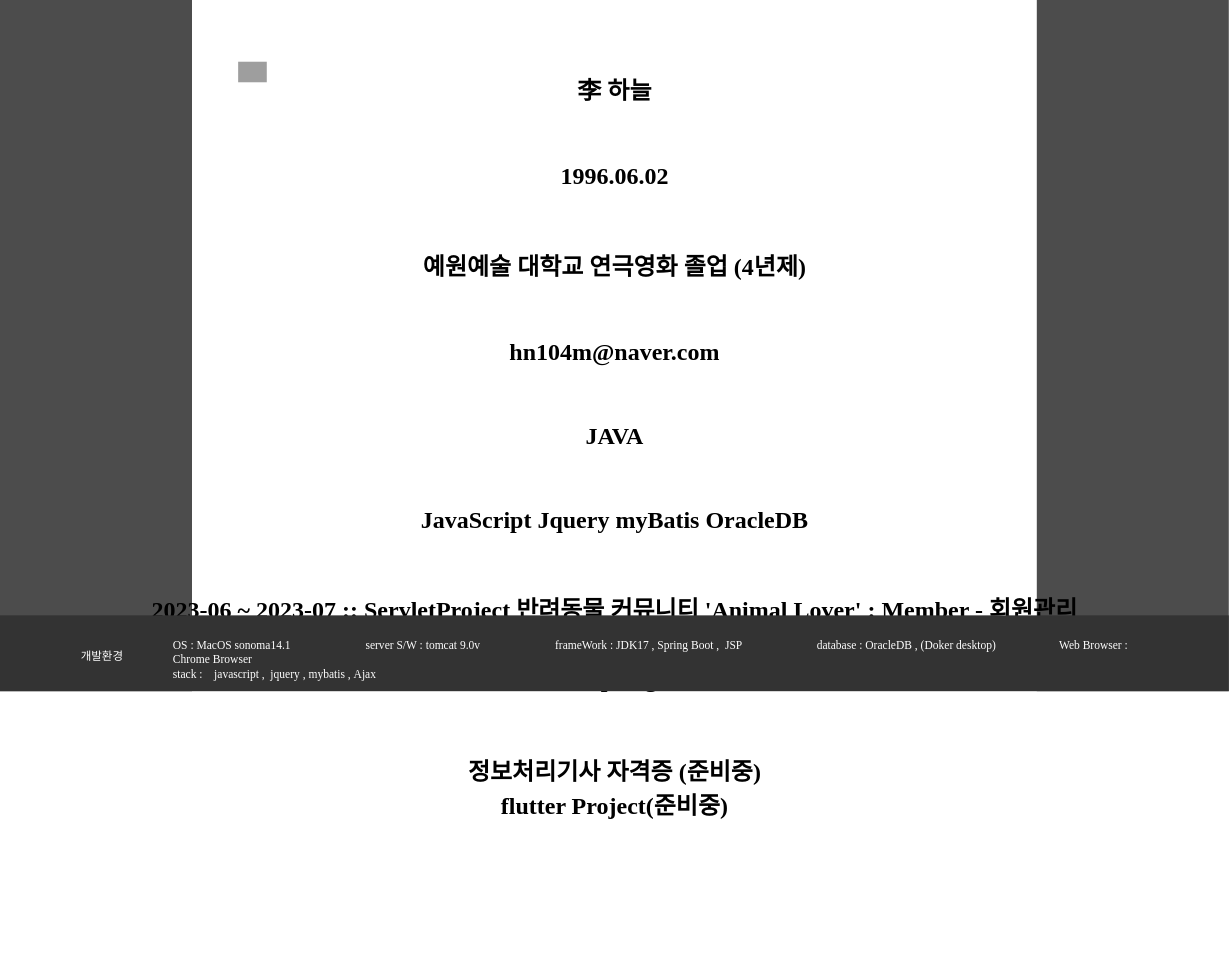
Repository: LeeHaNeul96/Leehaneul
Page: http://localhost/com.introduce/WEB-INF/views/more.jsp
The author's editor kept a copy of each file at every save. The page is drawn from the files as they stood at one save, then again after the next save.
The browser window is 1280 px wide. The pictures show the whole page, at 96% of full size.
Pictures or frames that could not be fetched are drawn as grey boxes. The page is served by Tomcat 9. Nobody is signed in. Other server files are loaded and not shown. The template is opened directly, without the code that normally fills it, so the values that code supplies are empty.

Above is the page before, as saved 2023-10-31 09:31:50.

### com.introduce/src/main/webapp/WEB-INF/views/more.jsp
<%@ page language="java" contentType="text/html; charset=UTF-8"
    pageEncoding="UTF-8"%>
<!DOCTYPE html>
<html>
<head>
<meta charset="UTF-8">
<title>Insert title here</title>
<script src="https://code.jquery.com/jquery-3.6.0.min.js"></script>

<style type="text/css">
.footer {
	text-align: center;
	padding: 2em 0;
	background-color: #333;
	color: #fff;
	position: fixed;
	bottom: 0;
	left: 0; /* 왼쪽 위치를 0으로 설정합니다. */
	height: 15px;
	width: 100%;
	margin: 0; /* 마진을 0으로 설정합니다. */
}

.footer-dev {
	font-size: 12px;
	text-align: left;
	padding-left: 7em;
}

.footer-content {
	position: absolute; /* 절대 위치 설정 */
	top: 1em; /* 위쪽으로 1em 이동 */
	padding: 1em 8em; /* 양 옆 여백을 설정합니다. */
	height: 200px;
}

.container{
margin-top: 3em;
margin-bottom: 10em;

text-align: center;


}
.left-margin {
 background-color: rgba(0, 0, 0, 0.7); /* 알파 값을 조절하여 투명도 설정 */

    height: 100%;
    width: 200px; /* 원하는 너비로 조절하세요. */
    position: fixed;
    top: 0;
    left: 0;
    z-index: -1;
}

/* 오른쪽 여백 스타일 */
.right-margin {
 background-color: rgba(0, 0, 0, 0.7); /* 알파 값을 조절하여 투명도 설정 */
    height: 100%;
    width: 200px; /* 원하는 너비로 조절하세요. */
    position: fixed;
    top: 0;
    right: 0;
    z-index: -1;
}

h2 {
    font-size: 36px; /* 예를 들어, 원하는 크기로 설정 */
    transition: font-size 1s; /* 글씨 크기 변경에 애니메이션 적용 (선택사항) */
}
</style>
</head>
<body>
<script>
$(function() {
    // 모든 h2 태그를 선택하여 배열로 저장합니다.
    var $h2Elements = $("h2");

    // 초기에 모든 h2 태그의 크기를 설정합니다.
    $h2Elements.css("font-size", "36px");

    // 1초(1000 밀리초)마다 h2 태그 배열을 순회하면서 글꼴 크기를 작게 설정합니다.
    var index = 0;
    var interval = setInterval(function() {
        if (index < $h2Elements.length) {
            $h2Elements.eq(index).css("font-size", "25px");
            index++;
        } else {
            clearInterval(interval); // 모든 h2 태그를 처리하면 setInterval을 멈춥니다.
        }
    }, 20); // 1초마다 실행
});
</script>


<div class="left-margin"></div>
<div class="right-margin"></div>

<a href="/main/view"><img style="width:30px; text-align:left; margin-left:15em; margin-top: 3em; margin-bottom: -4em;" alt="" src="/images/free-icon-go-back-left-arrow-61022.png"></a>
<div class="container">
<h2>李 하늘</h2><br>
<h2>1996.06.02</h2><br>
<h2>예원예술 대학교 연극영화 졸업 (4년제)</h2><br>
<h2>hn104m@naver.com</h2><br>
<h2>JAVA</h2><br>
<h2>JavaScript  Jquery  myBatis  OracleDB</h2><br>
<h2>2023-06 ~ 2023-07 :: ServletProject 반려동물 커뮤니티 'Animal Lover' : Member - 회원관리<br>
2023-08 ~ 2023-09 :: SpringProject 종합 신발 쇼핑몰 'Shoepin' : WishList,Cart - 장바구니<br>
2023-09 AWS기반 Spring 백엔드 개발 수료
</h2><br>
<h2>정보처리기사 자격증 (준비중)<br>
flutter Project(준비중)
</h2>

</div>



	<div class="footer">
		<div class="footer-dev">
			개발환경
			<div class="footer-content">
				OS : MacOS sonoma14.1
				&nbsp;&nbsp;&nbsp;&nbsp;&nbsp;&nbsp;&nbsp;&nbsp;&nbsp;&nbsp;&nbsp;&nbsp;&nbsp;&nbsp;&nbsp;&nbsp;&nbsp;&nbsp;&nbsp;&nbsp;&nbsp;&nbsp;&nbsp;&nbsp;
				server S/W : tomcat
				9.0v&nbsp;&nbsp;&nbsp;&nbsp;&nbsp;&nbsp;&nbsp;&nbsp;&nbsp;&nbsp;&nbsp;&nbsp;
				&nbsp;&nbsp;&nbsp;&nbsp;&nbsp;&nbsp;&nbsp;&nbsp;&nbsp;&nbsp;&nbsp;&nbsp;
				frameWork : JDK17&nbsp;,&nbsp;Spring Boot&nbsp;, &nbsp;JSP
				&nbsp;&nbsp;&nbsp;&nbsp;&nbsp;&nbsp;&nbsp;&nbsp;&nbsp;&nbsp;&nbsp;&nbsp;&nbsp;&nbsp;&nbsp;&nbsp;&nbsp;&nbsp;&nbsp;&nbsp;&nbsp;&nbsp;&nbsp;&nbsp;
				database : OracleDB&nbsp;,&nbsp;(Doker desktop)
				&nbsp;&nbsp;&nbsp;&nbsp;&nbsp;&nbsp;&nbsp;&nbsp;&nbsp;&nbsp;&nbsp;&nbsp;&nbsp;&nbsp;&nbsp;&nbsp;&nbsp;&nbsp;&nbsp;&nbsp;
				Web Browser : Chrome Browser<br> stack :&nbsp;&nbsp;&nbsp;
				javascript&nbsp;,&nbsp; jquery&nbsp;,&nbsp;mybatis&nbsp;,&nbsp;Ajax
			</div>
		</div>
	</div>
</body>
</html>

After the next save:
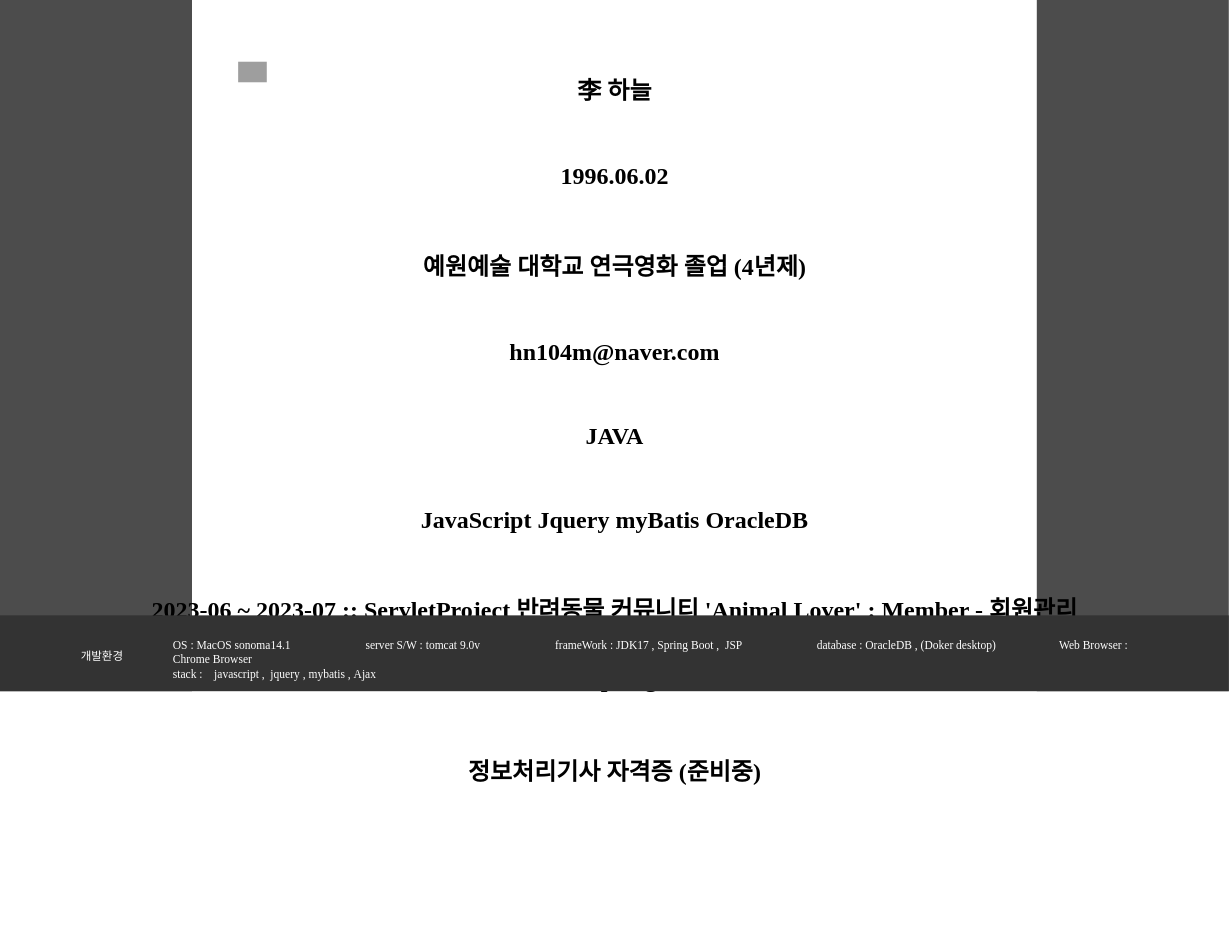
Saved 5 min 35 s later.
--- a/com.introduce/src/main/webapp/WEB-INF/views/more.jsp
+++ b/com.introduce/src/main/webapp/WEB-INF/views/more.jsp
@@ -109,7 +109,6 @@ $(function() {
 2023-09 AWS기반 Spring 백엔드 개발 수료
 </h2><br>
 <h2>정보처리기사 자격증 (준비중)<br>
-flutter Project(준비중)
 </h2>
 
 </div>
